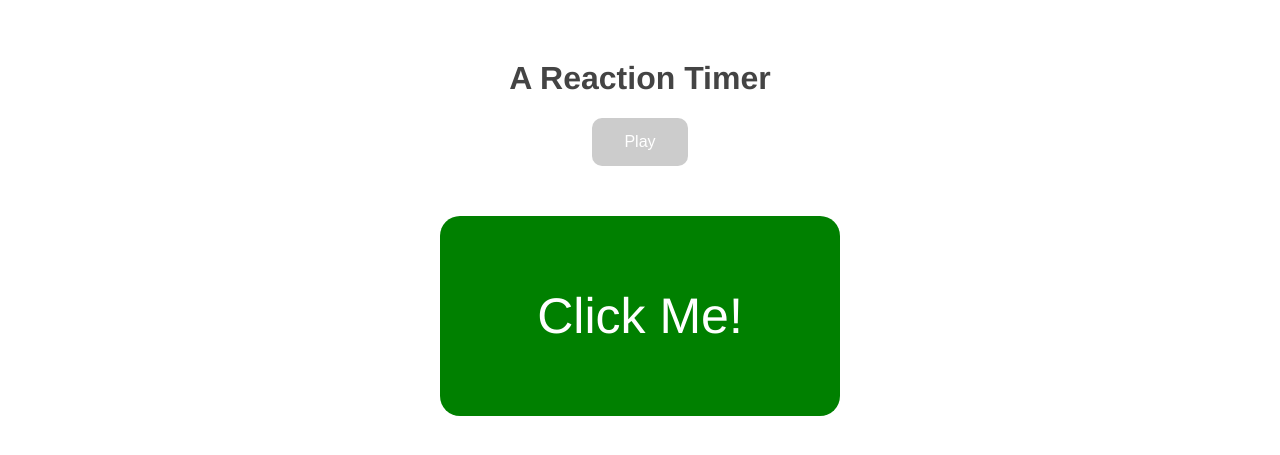
Repository: qudos4real/reaction-timer
Page: /, after clicking the first element matching `button`
These files come from the project's save history. The page is drawn as it stood at one moment and after the next save; the edit follows.
The browser window is 1280 px wide. The pictures show the whole page.
The project was rebuilt for these pictures with package versions that can differ from the ones it lists, and the page was loaded fresh each time. Also part of the build but not shown: vue.config.js, src/components/Results.vue.

Above is the page before, as saved 2022-12-28 15:20:22.

### src/App.vue
<template>
 <h1>A Reaction Timer</h1>
 <button class="btn" @click="start" v-bind:disabled="isPlaying">Play</button>
 <Block v-if="isPlaying" :delay="delay" @end="endGame"/>
 <Results v-if="showResult" :score="score" :resultList="resultList" @resetScores="resetScores"/>
</template>

<script>
import Block from './components/Block.vue';
import Results from './components/Results.vue';

export default {
  name: 'App',
  components: {
    Block,
    Results
  },
  data() {
    return {
      isPlaying: false,
      delay: null,
      score: null,
      showResult: false,
      resultList: []
    }
  },
  methods: {
    start() {
      this.isPlaying = true;
      this.delay = 1000 + Math.random() * 4000;
      this.isPlaying = true;
      this.showResult = false;
    },
    endGame(reactionTime) {
      this.isPlaying = false;
      this.score = reactionTime;
      this.showResult = true;
      this.resultList.push(reactionTime);
    },
    resetScores() {
      this.resultList = [];
    }
  }
}
</script>

<style>
#app {
  font-family: Avenir, Helvetica, Arial, sans-serif;
  -webkit-font-smoothing: antialiased;
  -moz-osx-font-smoothing: grayscale;
  text-align: center;
  color: #444;
  margin-top: 60px;
}
.btn {
  background-color: #4CAF50;
  border: none;
  color: white;
  padding: 15px 32px;
  text-align: center;
  font-size: 16px;
  cursor: pointer;
  border-radius: 10px;
}
.btn:disabled {
  background-color: #ccc;
  cursor: not-allowed;
}
</style>

### src/components/Block.vue
<template>
    <div class="block" v-if="showBlock" @click="stopTimer">
        Click Me!
        </div>
</template>

<script>
import { react } from '@babel/types';

export default {
props: ['delay',],
data() {
    return {
        showBlock: false,
        timer: null,
        reactionTime: 0
    }
},
mounted() {
    setTimeout(() => {
        this.showBlock = true;
        this.startTimer()
    }, this.delay);
},
methods: {
  startTimer() {
    this.timer = setInterval (() => {
        this.reactionTime += 10;
    }, 10);
  },
  stopTimer() {
    // this.showBlock = false;
    clearInterval(this.timer);
    this.$emit('end', this.reactionTime);
  }
}
}
</script>

<style>
.block {
    width: 400px;
    border-radius: 20px;
    text-align: center;
    margin: 50px auto;
    line-height: 200px;
    background-color: green;
    color: white;
    font-size: 50px;
    cursor: pointer;
}
</style>

Loaded but not shown: public/index.html (common file); src/main.js (common file)

After the next save:
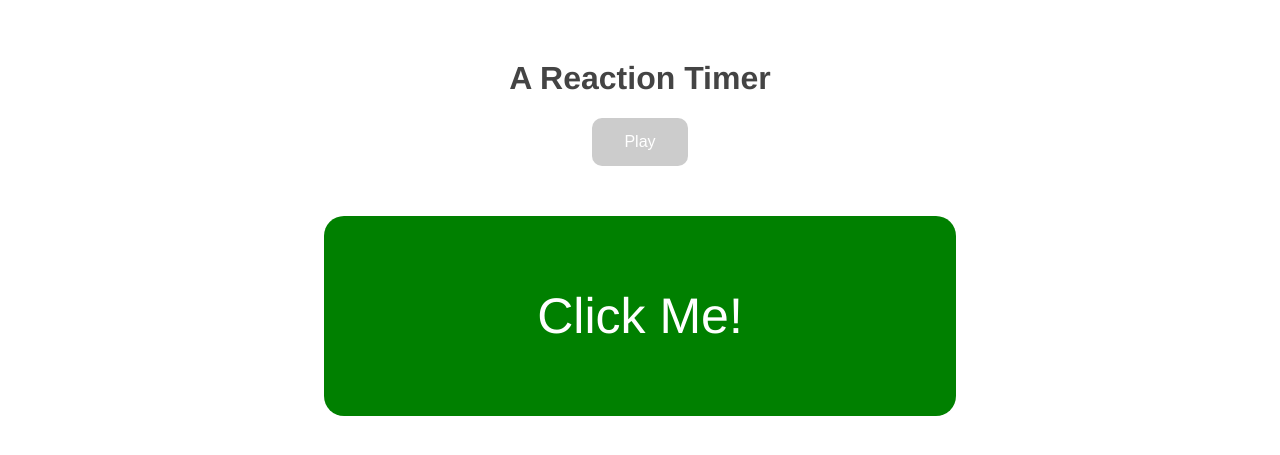
Saved 23 min 17 s later.
--- a/src/components/Block.vue
+++ b/src/components/Block.vue
@@ -39,7 +39,7 @@ methods: {
 
 <style>
 .block {
-    width: 400px;
+    width: 50%;
     border-radius: 20px;
     text-align: center;
     margin: 50px auto;
